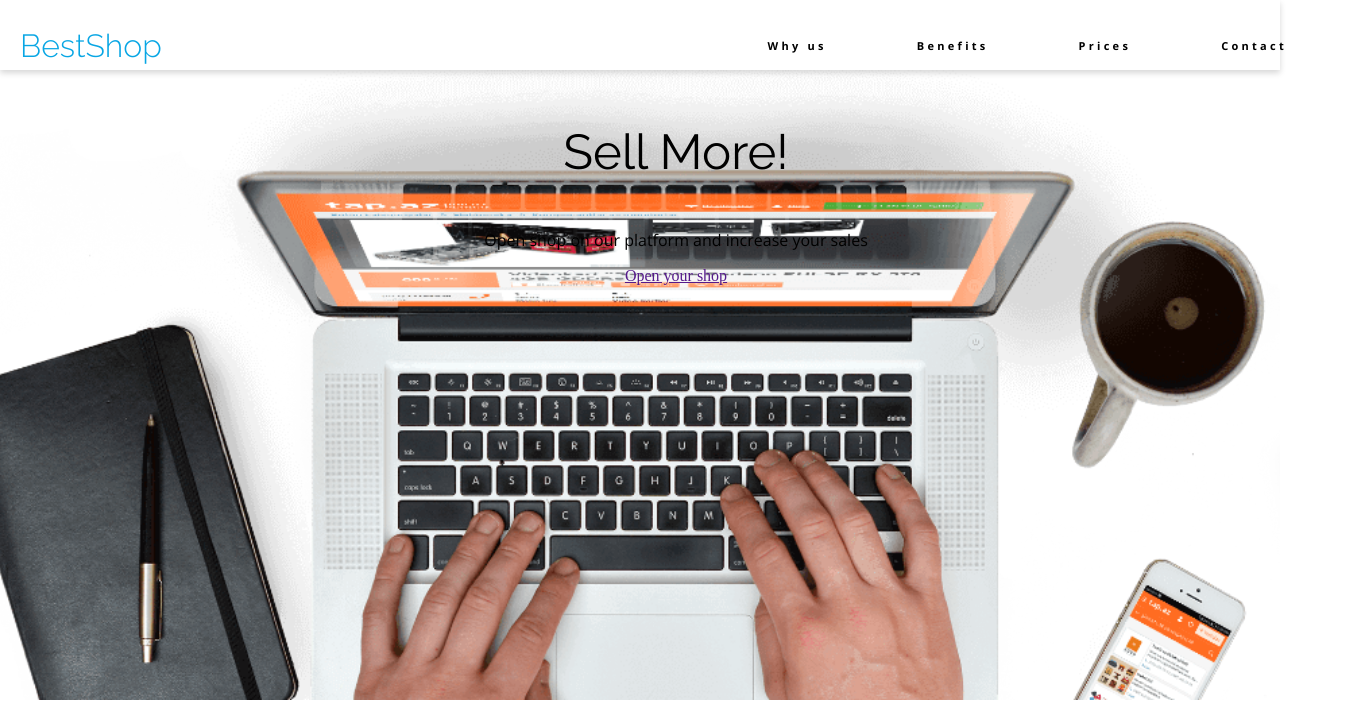
Repository: Widzisz/bestshop-website
Page: index.html
The author's editor kept a copy of each file at every save. The page is drawn from the files as they stood at one save, then again after the next save.
The browser window is 1280 px wide. The page is 1352 px wide, so the pictures cover 1352 px, including what lies to the right of the window. The pictures show the whole page.

Above is the page before, as saved 2021-03-19 14:14:43.

### index.html
<!doctype html>
<html lang="en">

<head>
  <meta charset="UTF-8">
  <meta http-equiv="X-UA-Compatible" content="ie=edge">

  <link rel="preconnect" href="https://fonts.gstatic.com">
  <link
    href="https://fonts.googleapis.com/css2?family=Open+Sans:ital,wght@0,300;0,400;0,600;0,700;0,800;1,300;1,400;1,600;1,700;1,800&family=Raleway:ital,wght@0,100;0,200;0,300;0,400;0,500;0,600;0,700;0,800;0,900;1,100;1,200;1,300;1,400;1,500;1,600;1,700;1,800;1,900&display=swap"
    rel="stylesheet">
  <title>Craze Features</title>
  <link rel="stylesheet" href="css/normalize.css">
  <link rel="stylesheet" href="css/style.css">
</head>
<div class="hero">

  <header class="header">

    <div class="container">
      <div class="container__nav">
        <a href="" class="logo">
          <span>BestShop</span>
        </a>

        <nav class="menu">
          <ul class="menu__list">
            <li><a href="">Why us</a></li>
            <li><a href="">Benefits</a></li>
            <li><a href="">Prices</a></li>
            <li><a href="">Contact</a></li>
          </ul>
        </nav>
      </div>

      <section class="welcome__section">
        <h1 class="welcome__section-title">
          Sell More!
        </h1>
        <p class="welcome__section-text">
          Open shop on our platform and increase your sales
        </p>
        <div class="welcome__section-btn">
          <a href="" class="welcome__section-btn--primary">
            Open your shop
          </a>
        </div>
      </section>

    </div>
  </header>

</div>




</div>


<body>

</body>

</html>

### css/style.css
:root {
  --c-primary: #08a6e4;
  --c-primary-shadow: rgba(7, 172, 230, 0.16);
  --c-redish: #fb3b64;
  --c-green: #55dfb4;
  --c-black: #000000;
  --c-grey: #a5a5a5;
  --c-light-grey: #f7f7f7;
  --c-white: #ffffff;
  --font-open:"Open Sans", sans-serif;
  --font-raleway:"Raleway", sans-serif;
}

html {
}

* {
  box-sizing: border-box;
}
body {
  margin: 0;
}

.container {
  width: 1352px;
  margin: 0 auto;
}
/* -----------------------------------------------------
              Logo + Pasek Menu
----------------------------------------------------- */

.hero {
  width: 100%;
  min-height: 700px;
  background-image: url(../images/background.png);
  background-size: cover;
  background-repeat: no-repeat;
  background-position: center top;
}

.header {
  background: #ffffff;
  height: 70px;
  width: 100%;
  box-shadow: 0px 3px 6px #00000029;
  opacity: 1;
  background-repeat: no-repeat;
}

.container__nav {
  padding: 20px;
  display: flex;
  justify-content: space-between;
  align-items: center;
}

.logo {
  text-decoration: none;
}

.logo span {
  top: 16px;
  left: 136px;
  width: 142px;
  height: 37px;

  font: normal normal 300 32px/37px Raleway;
  letter-spacing: 0px;
  color: var(--c-primary);
  opacity: 1;
}
.menu {
}
.menu__list {
  list-style-type: none;
  display: flex;
  text-decoration: none;
}


.menu__list a {
  text-decoration: none;
  margin: 0 45px;
  text-align: center;
  font: normal normal bold 11px/15px Open Sans;
  letter-spacing: 3.28px;
  color: var(--c-black);
  opacity: 1;
}

.menu__list a:hover {
text-decoration: underline;
text-decoration-color:  var(--c-primary) ;
text-decoration-style: solid;
text-decoration-thickness: 4px;
opacity: 1;
padding-bottom: 15px;

}

/* -----------------------------------------------------
              Welcome Section
----------------------------------------------------- */

.welcome__section {
    display: flex;
    justify-content: center;
    align-items: center;
    flex-direction: column;

}

.welcome__section-title {
    text-align: center;
    font: normal normal normal 49px/57px Raleway;
    color: var(--c-black)
    opacity: 1;
    }

.welcome__section-text {
    text-align: center;
font: normal normal normal 16px/22px Open Sans;
letter-spacing: 0px;
color: var(--c-black);
opacity: 1;
}

.welcome__section-btn {}
.welcome__section-btn--primary {}

Loaded but not shown: css/normalize.css (library)

After the next save:
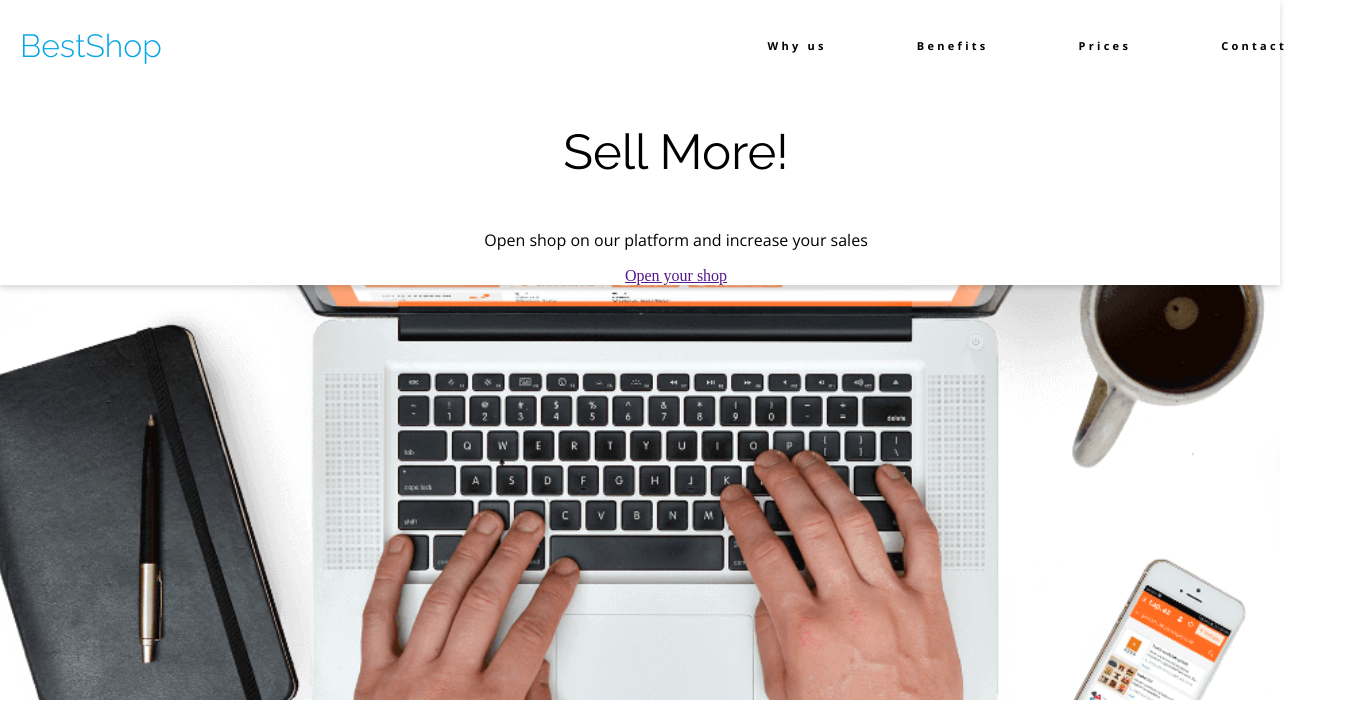
Saved 5 min 50 s later.
--- a/css/style.css
+++ b/css/style.css
@@ -40,7 +40,7 @@
 
 .header {
   background: #ffffff;
-  height: 70px;
+  min-height: 70px;
   width: 100%;
   box-shadow: 0px 3px 6px #00000029;
   opacity: 1;

After the save that followed:
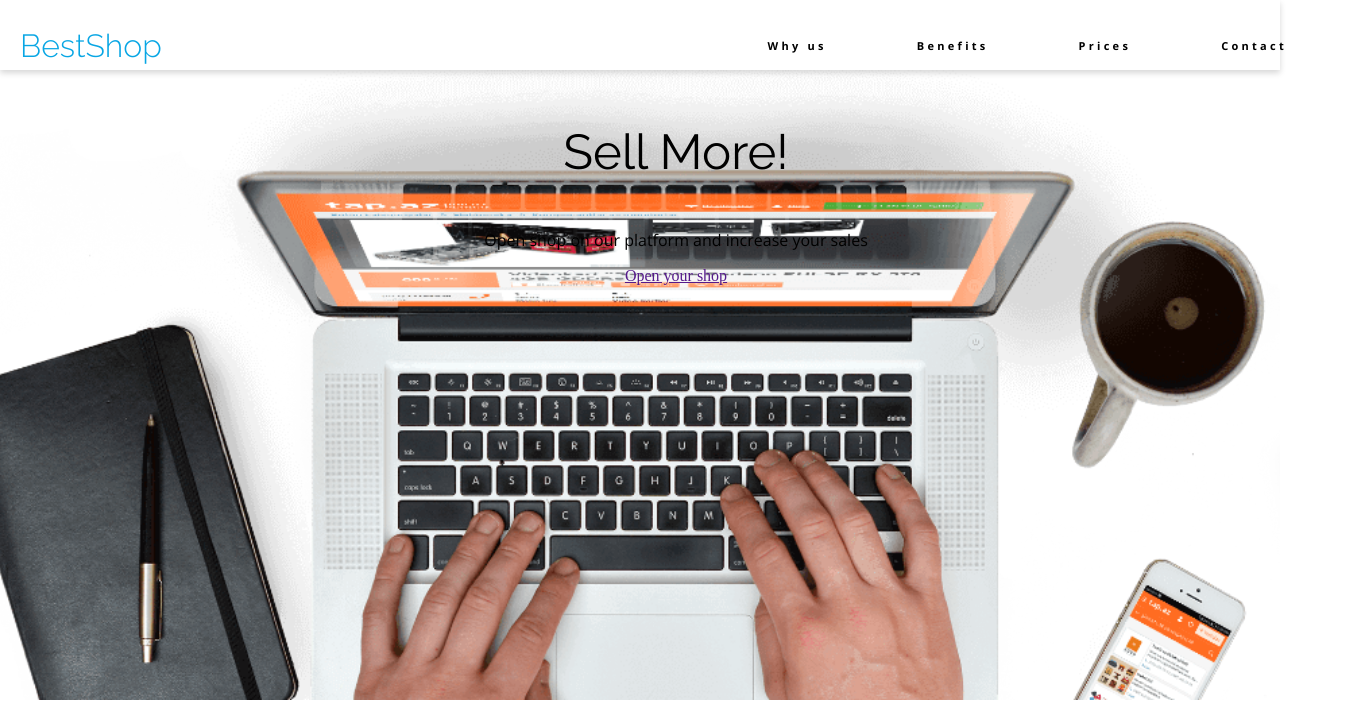
Saved 14 s later.
--- a/css/style.css
+++ b/css/style.css
@@ -40,7 +40,7 @@
 
 .header {
   background: #ffffff;
-  min-height: 70px;
+  height: 70px;
   width: 100%;
   box-shadow: 0px 3px 6px #00000029;
   opacity: 1;
